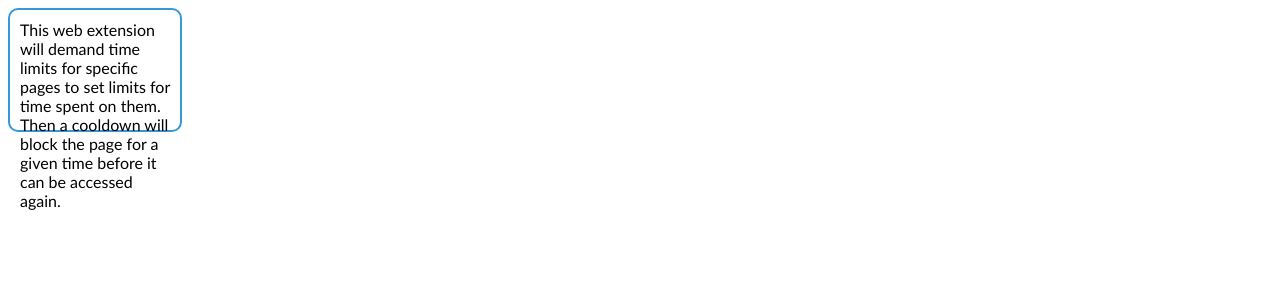
Repository: AndrlmMass/Time-management-chrome-extension
Page: popup.html
An editor plug-in stored every save of this project. The page is shown before and after the next save, followed by the edit.
The browser window is 1280 px wide. The pictures show the whole page.

Above is the page before, as saved 2023-08-22 15:15:58.

After the next save:
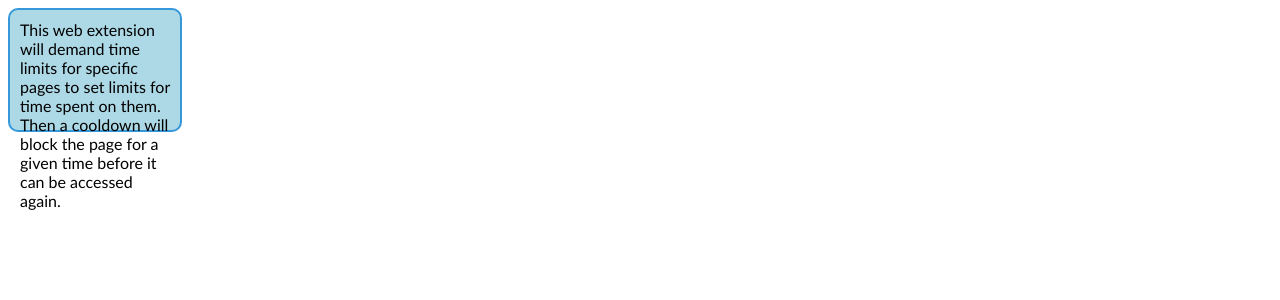
Saved 34 s later.
--- a/styles.css
+++ b/styles.css
@@ -12,7 +12,7 @@ body {
     padding: 10px; /* Add padding to create space between text and border */
     margin: 0; /* Reset margin */
     width: 300px; /* Set a fixed width for the popup container */
-    background-color: #FFFFFF; /* Background color */
+    background-color: #ADD8E6; /* Background color */
     border: 2px solid #3498db; /* Border color and thickness */
     border-radius: 10px; /* Rounded corners */
   }
